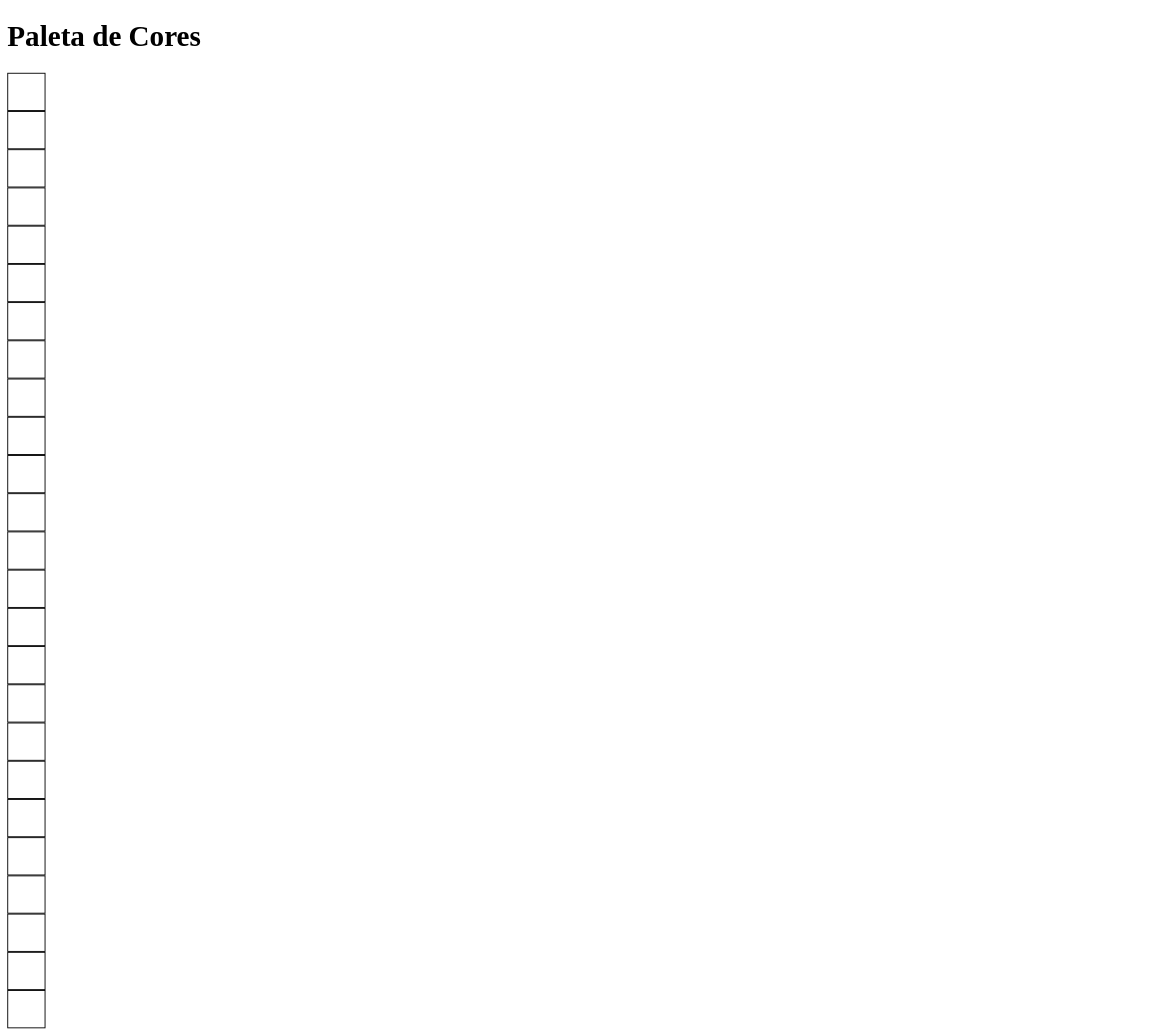
Repository: MuriloColleti/project-Pixer-Art
Page: index.html
The author's editor kept a copy of each file at every save. The page is drawn from the files as they stood at one save, then again after the next save.
The browser window is 1280 px wide. The pictures show the whole page, at 91% of full size.

Above is the page before, as saved 2024-02-05 15:36:14.

After the next save:
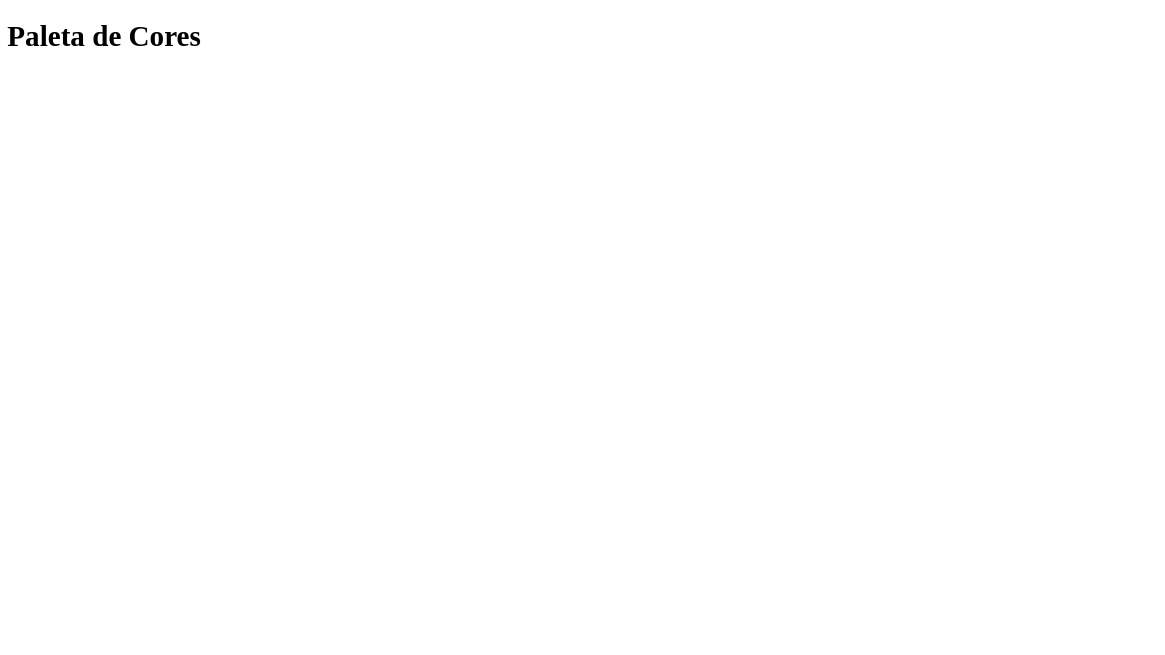
Saved 2 min 10 s later.
--- a/script.js
+++ b/script.js
@@ -9,7 +9,7 @@
 for(index = 0; index < 25; index += 1){
 
     var newPixel = document.createElement('div')
-    newPixel.classList.add('square')
+    newPixel.classList.add('pixel')
     pixel.appendChild(newPixel);
 
 }

After the 3 saves that followed:
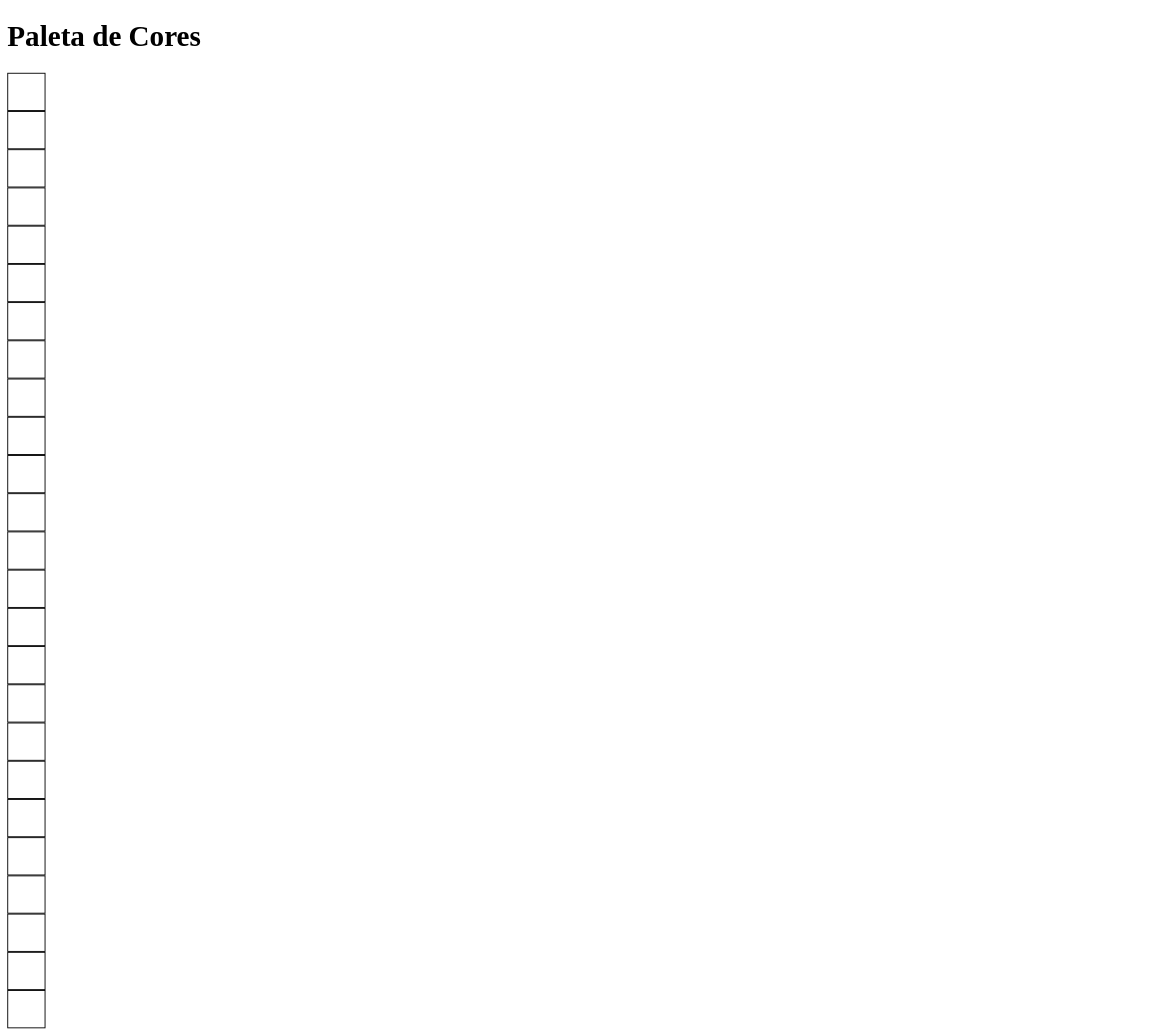
The 3 saves are shown as one change because 2 left the picture as it was.
The last was saved 4 min 47 s later.
--- a/index.html
+++ b/index.html
@@ -12,8 +12,6 @@
 
     <main id="pixel-board"></main>
 
-
-
 </body>
 
 <script src="script.js"></script>
--- a/style.css
+++ b/style.css
@@ -14,7 +14,7 @@
     background-color: green;
 }
 
-.square{
+.pixel{
     width: 40px;
     height: 40px;
     border: 1px solid black;
--- a/script.js
+++ b/script.js
@@ -1,4 +1,4 @@
-var pixel = document.getElementById('pixel-board');
+var pixeltable = document.getElementById('pixel-board');
 
 //var newPixel = document.createElement("div")
 
@@ -10,6 +10,6 @@
 
     var newPixel = document.createElement('div')
     newPixel.classList.add('pixel')
-    pixel.appendChild(newPixel);
+    pixeltable.appendChild(newPixel);
 
 }
